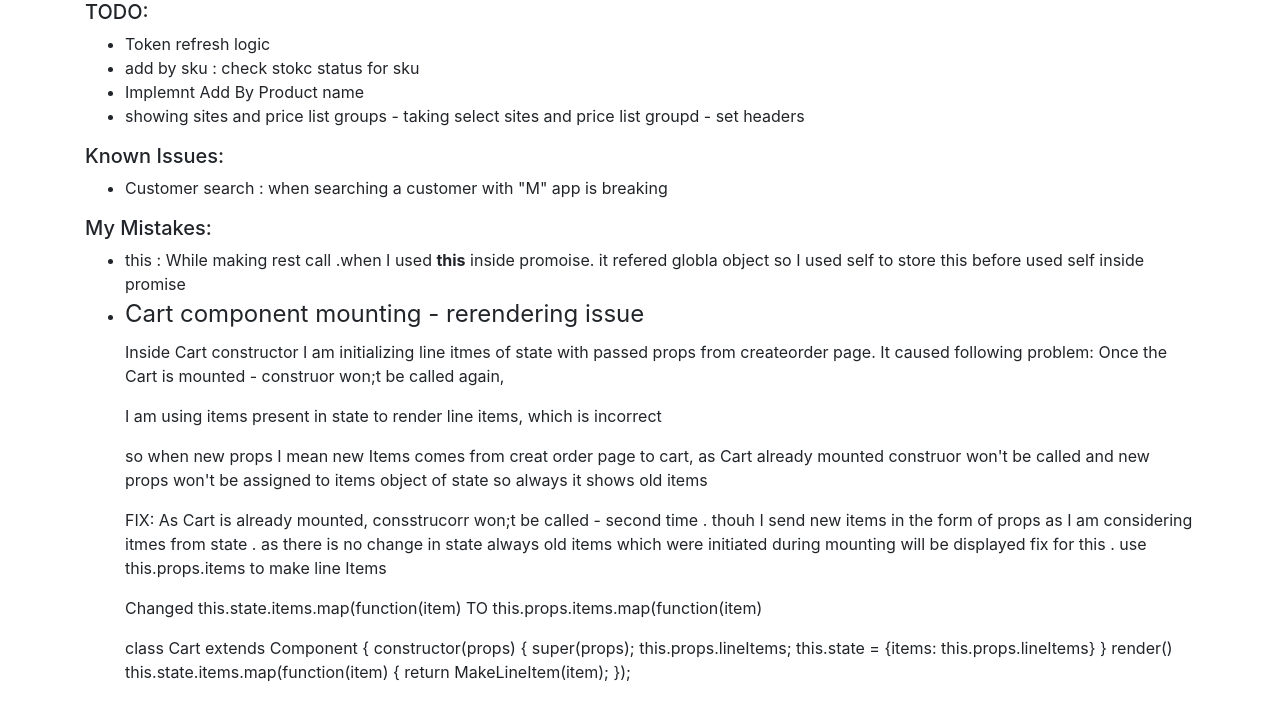
Repository: testtiger/reactagent
Page: /todo
These files come from the project's save history. The page is drawn as it stood at one moment and after the next save; the edit follows.
The browser window is 1280 px wide. The pictures show the whole page.
The project was rebuilt for these pictures with package versions that can differ from the ones it lists, and the page was loaded fresh each time. Also part of the build but not shown: src/components/Agent/Rest/agent-rest-client.js, src/components/Agent/Dashboard/quicklinks.jsx, src/components/Agent/Dashboard/announcements.jsx, src/components/Agent/Dashboard/recentorders.jsx, src/components/Agent/Dashboard/pendingactions.jsx, src/components/Agent/Dashboard/DashboardPage.jsx, src/components/Agent/Shared/Navigation.jsx, src/components/Agent/Login/loginpage.jsx and 12 more.

Above is the page before, as saved 2018-12-15 16:52:41.

After the next save:
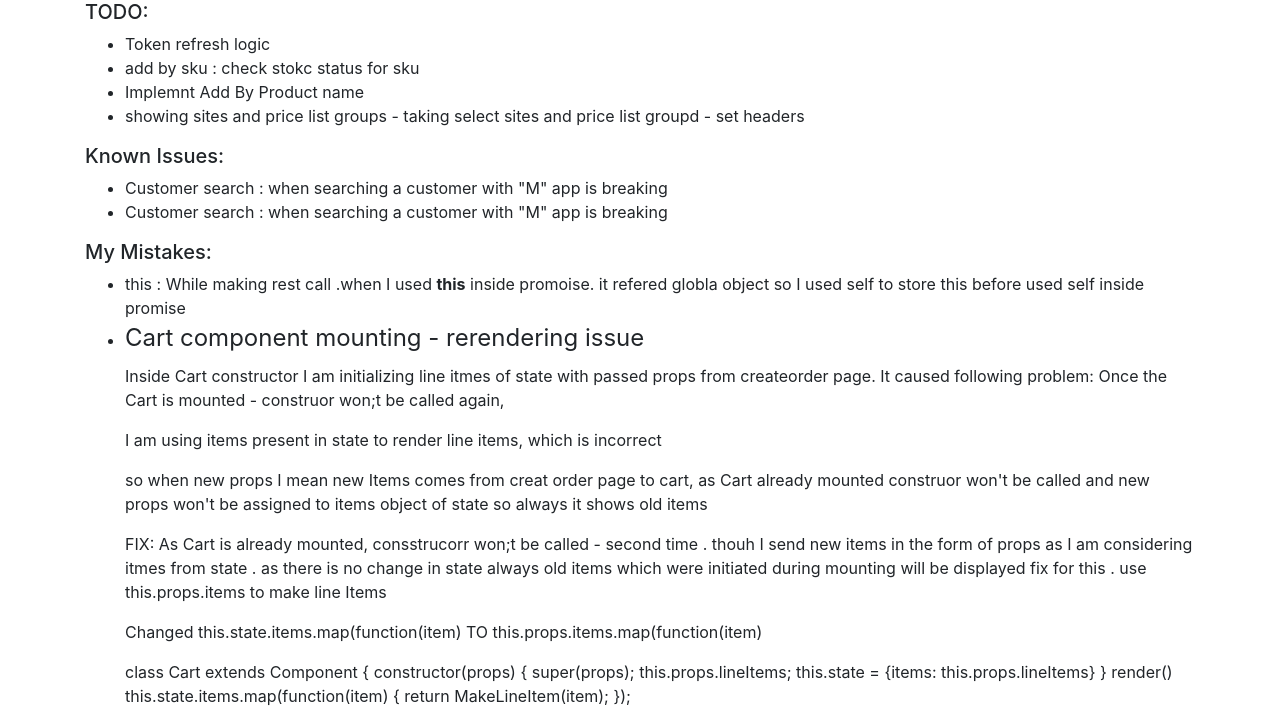
Saved 22 s later.
--- a/src/components/Agent/BugsTODO/TODO.jsx
+++ b/src/components/Agent/BugsTODO/TODO.jsx
@@ -17,6 +17,9 @@ export default class TODO extends Component {
         </ul>
         <h5>Known Issues:</h5>
         <ul>
+          <li>
+            Customer search : when searching a customer with "M" app is breaking
+          </li>
           <li>
             Customer search : when searching a customer with "M" app is breaking
           </li>
